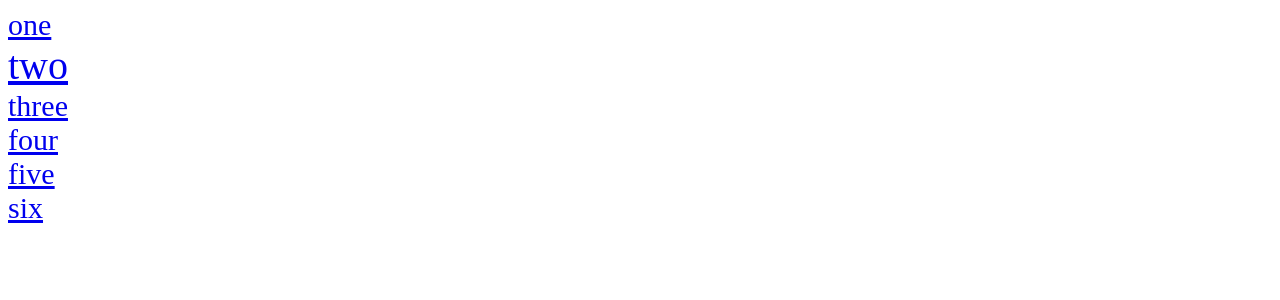
Repository: reddrinkbro/JSPStudy
Page: jQuery/WebContent/3속성선택자/13.html
These files come from the project's save history. The page is drawn as it stood at one moment and after the next save; the edit follows.
The browser window is 1280 px wide. The pictures show the whole page.

Above is the page before, as saved 2020-04-21 06:35:36.

### jQuery/WebContent/3속성선택자/13.html
<!DOCTYPE html PUBLIC "-//W3C//DTD HTML 4.01 Transitional//EN" "http://www.w3.org/TR/html4/loose.dtd">
<html>
<head>
<meta http-equiv="Content-Type" content="text/html; charset=UTF-8">
<title>Insert title here</title>
	<!--
		jQuery 속성 선택자 종류

		Has Eqauls Selector 선택자란
		:HTML DOM에서 속성이름과 속성값 이용해서 원하는 요소를 선택하는 방법이다
		속성이름과 속성값을 같이 지정하는 경우에는
		"[속성명=값]" 또는 "[속성명 != 값]"표현식을 사용한다

		사용법
		$("selector[attr='value']")
		$("img[src='a.jpg']")
		$("input[type = 'text']")

		$("selector[attr != 'value']")
		$("input[type = 'button']")
		$("input[name != 'id']")
	 -->
	<script src="https://code.jquery.com/jquery-3.3.1.js"></script>
	<script type="text/javascript">

		$(function() {
			//<a>태그 중에서 href속성값이 https://naver.com과 정확하게 일치하는 요소를 선택
			$("a[href = 'https://naver.com']").css("font-size","40px");

			//<a>태그 중에서 href속성값이 https://naver.com과 일치하지 않는 요소들을 선ㅌ개
			$("a[href != 'https://naver.com']").css("font-size","30px");

		});

	</script>
</head>
<body>
	<a href = "http://naver.com">one</a><br>
	<a href = "https://naver.com" target="_blank">two</a><br>
	<a href = "https://daum.net">three</a><br>
	<a href = "http://daum.net" target ="_blank">four</a><br>
	<a href = "https://google.com">five</a><br>
	<a href = "https://google.com" target ="_blank">six</a><br>
</body>
</html>

After the next save:
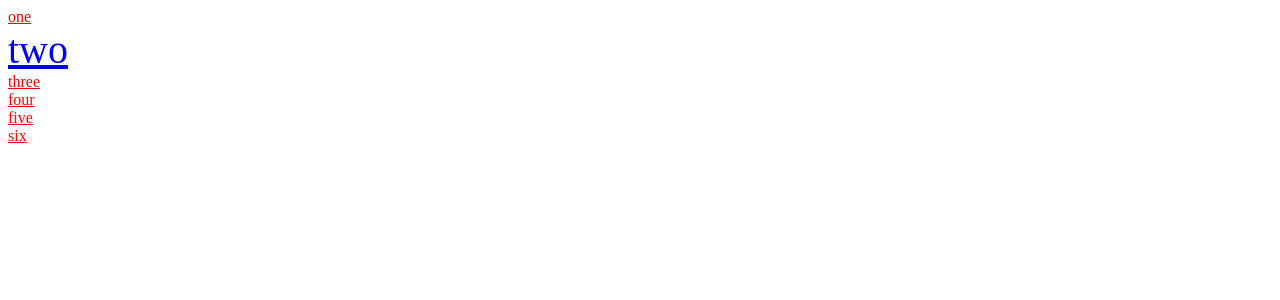
Saved 11 s later.
--- a/jQuery/WebContent/3속성선택자/13.html
+++ b/jQuery/WebContent/3속성선택자/13.html
@@ -28,7 +28,7 @@
 			$("a[href = 'https://naver.com']").css("font-size","40px");
 
 			//<a>태그 중에서 href속성값이 https://naver.com과 일치하지 않는 요소들을 선ㅌ개
-			$("a[href != 'https://naver.com']").css("font-size","30px");
+			$("a[href != 'https://naver.com']").css("color","red");
 
 		});
 
